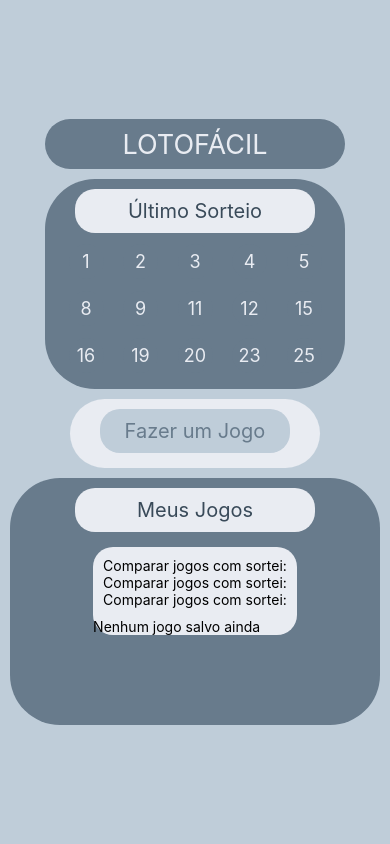
Repository: Deyvid-Kasteh/LotofacilApp
Screen: /
These files come from the project's save history. The screen is drawn as it stood at one moment and after a run of saves; the edit follows.
The app was drawn by React Native's web renderer in a window 390 px wide. The project was rebuilt for these pictures with package versions that can differ from the ones it lists, and the page was loaded fresh each time. Also part of the build but not shown: Bolhas.js, components/Resultado.js, paginaTESTE.js, paginaTESTE2.js, SeuComponentePai.js, components/Jogo.js, components/ResultadoTexte2.js.

Above is the screen before, as saved 2023-12-03 01:36:26.

### App.js
import { StatusBar } from 'expo-status-bar';
import { Text, View } from 'react-native';
import MainPage from './pages/MainPage';

export default function App() {
  return (
    <MainPage/>
  );
}

### pages/MainPage.js
import { View, Text } from 'react-native'
import React from 'react'
import { StatusBar } from "expo-status-bar";
import Resultado from '../components/Resultado';
import PaginaTesteee from '../paginaTESTE';
import Teste2pagina from '../paginaTESTE2';
import SeuComponentePai from '../SeuComponentePai';
import ResultadoTexte from '../components/ResultadoTexte';
import ResultadoTexte2 from '../components/ResultadoTexte2';
import MostrarJogosSalvos from '../components/MostrarJogosSalvos';
import ResultadoTexteParaFazerCorreções from '../paginaTESTE';
import PickerTeste from '../paginaTESTE';






const MainPage = () => {
  return (
    <View
      style={{
        flex: 1,
        alignItems: "center",
        justifyContent: "flex-start",
        backgroundColor: "#BFCDD9",
      }}
    >
      <StatusBar style="auto" />
      {/* <Text>Lotofácil</Text> */}
      {/* <Resultado /> */}
      {/* <PaginaTesteee /> */}
      {/* <Teste2pagina/> */}
      {/* <SeuComponentePai/> */}
      <ResultadoTexte />
      {/* <PickerTeste /> */}
      {/* <ResultadoTexte2/> */}
      {/* <MostrarJogosSalvos /> */}
    </View>
  );
}

export default MainPage

### components/ResultadoTexte.js
import { View, Text, TouchableOpacity } from "react-native";
import React, { useState } from "react";
import AsyncStorage from "@react-native-async-storage/async-storage";

import Bubble from "./Bubble";
import latestJson from "../Latest.json";
import Bolhas from "../Bolhas";
import Jogo from "./Jogo";
import MostrarJogosSalvos from "./MostrarJogosSalvos";

// Defina constantes para cores
const backgroundColor1 = "#687B8C";
const backgroundColor2 = "#394A59";
const backgroundColor3 = "#E9ECF2";

const bolhasContainerStyle = {
  flexWrap: "wrap",
  flexDirection: "row",
  alignContent: "center",
  justifyContent: "space-evenly",
};
const ResultadoTexte = () => {
  const [viewHeight, setViewHeight] = useState(50);
  const toggleHeight = () => {
    const newHeight = viewHeight === 50 ? 200 : 50;
    setViewHeight(newHeight);
    console.log("mudou");
  };

  const [alturaView1, setAlturaView1] = useState(200);
  const toggleAltura = () => {
    const novaAltura = alturaView1 === 200 ? 50 : 200;
    setAlturaView1(novaAltura);
  };

  const [alturaView3, setAlturaView3] = useState(200);
  const toggleAlturaView3 = () => {
    const novaAlturaView3 = alturaView3 === 200 ? 50 : 200;
    setAlturaView3(novaAlturaView3);
  };

  const dezenas = latestJson.Dezenas;

  const renderFazerJogo = () => {
    const [chosenNumbers, setChosenNumbers] = useState([]);
    const bolhasSelecionadas = chosenNumbers.length;
    const onSaveJogoPress = async () => {
      if (bolhasSelecionadas === 15) {
        try {
          // Recupera os jogos já salvos (se existirem)
          const jogosSalvosJSON = await AsyncStorage.getItem("meusJogos");
          const jogosSalvos = jogosSalvosJSON
            ? JSON.parse(jogosSalvosJSON)
            : [];

          // Cria um objeto representando o jogo atual
          const jogoAtual = {
            numerosSelecionados: chosenNumbers,
            data: new Date().toLocaleString(),
          };

          // Adiciona o jogo atual à lista de jogos
          jogosSalvos.push(jogoAtual);

          // Salva a lista atualizada de jogos no AsyncStorage
          await AsyncStorage.setItem("meusJogos", JSON.stringify(jogosSalvos));

          console.log("Jogo salvo!");
          // Limpa os números escolhidos após salvar o jogo
          setChosenNumbers([]);
        } catch (error) {
          console.error("Erro ao salvar o jogo:", error);
        }
      } else {
        console.log("Selecione exatamente 15 números para salvar o jogo.");
      }
    };
    const handleBolhaPress = (numero) => {
      if (chosenNumbers.includes(numero)) {
        setChosenNumbers(chosenNumbers.filter((num) => num !== numero));
      } else {
        if (bolhasSelecionadas < 15) {
          setChosenNumbers([...chosenNumbers, numero]);
        }
      }
    };
    const dezenasParaEscolher = Array.from({ length: 25 }, (_, i) => i + 1);

    if (viewHeight === 50) {
      return null;
    } else {
      return (
        <View style={{ justifyContent: "center", alignItems: "center" }}>
          <View style={{}}>
            <Text
              style={{
                color: backgroundColor3,
                fontSize: 16,
              }}
            >
              Escolha 15 números
            </Text>
          </View>
          <View style={bolhasContainerStyle}>
            {dezenasParaEscolher.map((numero, index) => (
              <Bolhas
                key={index}
                numero={numero}
                choose={chosenNumbers.includes(numero)}
                onPress={() => handleBolhaPress(numero)}
              />
            ))}
          </View>
          <View key="números" style={{}}>
            <Text
              style={{
                color: backgroundColor3,
                fontSize: 16,
              }}
            >
              {bolhasSelecionadas} números selecionados
            </Text>
            <TouchableOpacity onPress={onSaveJogoPress}>
              <Text
                style={{
                  color: bolhasSelecionadas === 15 ? "green" : backgroundColor3,
                }}
              >
                SALVAR JOGO
              </Text>
            </TouchableOpacity>
            {/* <TouchableOpacity onPress={onDeleteJogosPress}>
              <Text style={{ color: "red" }}>DELETAR JOGOS</Text>
            </TouchableOpacity> */}
          </View>
        </View>
      );
    }
  };

  const renderConferirJogos = () => {
    if (alturaView3 === 50) {
      return null; // Retorna null se a altura for 50
    } else {
      return (
        <View style={bolhasContainerStyle}>
          <MostrarJogosSalvos />
        </View>
      );
    }
  };

  return (
    <View
      style={{
        flex: 1,
        justifyContent: "center",
        alignItems: "center",
      }}
    >
      <View
        style={{
          width: 300,
          height: 50,
          borderRadius: 50,
          alignItems: "center",
          justifyContent: "center",
          elevation: 2,
          backgroundColor: backgroundColor1,
          marginBottom: 10,
        }}
      >
        <Text
          style={{
            color: backgroundColor3,
            fontSize: 27,
          }}
        >
          LOTOFÁCIL
        </Text>
      </View>

      <View
        key="1"
        style={[
          {
            width: 300,
            padding: 10,
            borderRadius: 50,
            alignItems: "center",
            elevation: 2,
            backgroundColor: backgroundColor1,
            marginBottom: 10,
          },
          alturaView1 === 50
            ? { width: 250, backgroundColor: "#E9ECF2" }
            : { width: 300, backgroundColor: "#687B8C" },
        ]}
      >
        <TouchableOpacity
          style={[
            {
              width: 240,
              backgroundColor: backgroundColor3,
              elevation: 5,
              justifyContent: "center",
              alignItems: "center",
              padding: 10,
              borderRadius: 20,
              marginBottom: 5,
            },
            alturaView1 === 50
              ? { width: 190, backgroundColor: "#BFCDD9" }
              : { width: 240, backgroundColor: "#E9ECF2" },
          ]}
          onPress={() => toggleAltura()}
        >
          <Text
            style={{
              fontSize: 20,
              color: alturaView1 === 50 ? backgroundColor1 : backgroundColor2,
            }}
          >
            Último Sorteio
          </Text>
        </TouchableOpacity>

        {alturaView1 === 200 && (
          <View style={bolhasContainerStyle}>
            {dezenas.map((numero, index) => (
              <Bubble key={index} numero={numero} />
            ))}
          </View>
        )}
      </View>

      <View
        key="2"
        style={[
          {
            width: 300,
            padding: 10,
            borderRadius: 50,
            alignItems: "center",
            elevation: 2,
            marginBottom: 10,
          },
          viewHeight === 50
            ? { width: 250, backgroundColor: "#E9ECF2" }
            : { width: 300, backgroundColor: "#687B8C" },
        ]}
      >
        <TouchableOpacity
          style={[
            {
              width: 240,
              elevation: 5,
              justifyContent: "center",
              alignItems: "center",
              padding: 10,
              borderRadius: 20,
              marginBottom: 5,
            },
            viewHeight === 50
              ? { width: 190, backgroundColor: "#BFCDD9" }
              : { width: 240, backgroundColor: "#E9ECF2" },
          ]}
          onPress={() => toggleHeight()}
        >
          <Text
            style={{
              fontSize: 20,
              color: viewHeight === 50 ? backgroundColor1 : backgroundColor2,
            }}
          >
            Fazer um Jogo
          </Text>
        </TouchableOpacity>
        {renderFazerJogo()}
      </View>
      <View
        key="3"
        style={[
          {
            width: 300,
            padding: 10,
            borderRadius: 50,
            alignItems: "center",
            elevation: 2,
          },
          alturaView3 === 50
            ? { width: 250, backgroundColor: "#E9ECF2" }
            : { width: 370, backgroundColor: "#687B8C" },
        ]}
      >
        <TouchableOpacity
          style={[
            {
              width: 240,
              elevation: 5,
              justifyContent: "center",
              alignItems: "center",
              padding: 10,
              borderRadius: 20,
              marginBottom: 5,
            },
            alturaView3 === 50
              ? { width: 190, backgroundColor: "#BFCDD9" }
              : { width: 240, backgroundColor: "#E9ECF2" },
          ]}
          onPress={() => toggleAlturaView3()}
        >
          <Text
            style={{
              fontSize: 20,
              color: alturaView3 === 50 ? backgroundColor1 : backgroundColor2,
            }}
          >
            Meus Jogos
          </Text>
        </TouchableOpacity>
        {renderConferirJogos()}
        {/* <MostrarJogosSalvos/> */}
      </View>
    </View>
  );
};

export default ResultadoTexte;

### components/MostrarJogosSalvos.js
import React, { useState, useEffect } from "react";
import { View, Text, TouchableOpacity } from "react-native";
import AsyncStorage from "@react-native-async-storage/async-storage";
import Jogo from "./Jogo";
import * as Cores from "../assets/Cores";


const MostrarJogosSalvos = () => {
  const [jogosSalvos, setJogosSalvos] = useState([]);

  // Adicione a função saveJogos
  const saveJogos = async (jogos) => {
    try {
      await AsyncStorage.setItem("meusJogos", JSON.stringify(jogos));
    } catch (error) {
      console.error("Erro ao salvar jogos:", error);
    }
  };

  const handleDelete = async (index) => {
    try {
      const jogosAtualizados = [...jogosSalvos];
      jogosAtualizados.splice(index, 1);

      await saveJogos(jogosAtualizados);

      setJogosSalvos(jogosAtualizados);
    } catch (error) {
      console.error("Erro ao deletar jogo:", error);
    }
  };

  useEffect(() => {
    const carregarJogosSalvos = async () => {
      try {
        const jogosSalvosJSON = await AsyncStorage.getItem("meusJogos");
        const jogosSalvos = jogosSalvosJSON ? JSON.parse(jogosSalvosJSON) : [];
        setJogosSalvos(jogosSalvos);
      } catch (error) {
        console.error("Erro ao carregar jogos salvos:", error);
      }
    };

    carregarJogosSalvos();
  }, []);

  return (
    <View
      style={{
        borderRadius: 20,
        backgroundColor: Cores.cor1,
        marginTop: 10,
        marginBottom: 80,
      }}
    >
      <View
        style={{
          margin: 10,
        }}
      >
        <View>
          <Text>Comparar jogos com sortei:</Text>
        </View>
        <View>
          <Text>Comparar jogos com sortei:</Text>
        </View>
        <View>
          <Text>Comparar jogos com sortei:</Text>
        </View>
      </View>
      {jogosSalvos.length === 0 ? (
        <Text>Nenhum jogo salvo ainda</Text>
      ) : (
        jogosSalvos.map((jogo, index) => (
          <Jogo
            key={index}
            numerosSelecionados={jogo.numerosSelecionados}
            onDelete={() => handleDelete(index)}
          />
        ))
      )}
    </View>
  );
};

export default MostrarJogosSalvos;

### components/Bubble.js
import { View, Text } from "react-native";
import React from "react";

const Bubble = (props) => {
  if (props.choose) {console.log(props.choose)}
  return (
    <View
      style={[
        {
          width: 35,
          height: 35,
          // backgroundColor: "#394A59",
          // backgroundColor: "#687B8C",

          borderRadius: 50,
          alignContent: "center",
          justifyContent: "center",
          alignItems: "center",
          margin: 6,
          // elevation: 5,
          opacity: 1,
        },
        props.choose
          ? { backgroundColor: "#394A59" }
          : { backgroundColor: "#687B8C" },
      ]}
    >
      <Text
        style={{
          color: "#E9ECF2",
          fontSize: 18,
        }}
      >
        {props.numero}
      </Text>
    </View>
  );
};

export default Bubble;

### Latest.json
{
  "concurso": 2960,
  "Data Sorteio": "22/11/2023",
  "Dezenas": [
    1,
    2,
    3,
    4,
    5,
    8,
    9,
    11,
    12,
    15,
    16,
    19,
    20,
    23,
    25
  ],
  "Ganhadores 15 acertos": 3,
  "Cidade / UF": "BRASILIA/DF; JARAGUA/GO; IPATINGA/MG",
  "Premio 15 Acertos": "R$1.639.439,24",
  "Ganhadores 14 Acertos": 433,
  "Premio 14 Acertos": "R$1.732,84",
  "Ganhadores 13 Acertos": 13831,
  "Premio 13 Acertos": "R$30,00",
  "Ganhadores 12 Acertos": 163567,
  "Premio 12 Acertos": "R$12,00",
  "Ganhadores 11 Acertos": 882304,
  "Premio 11 Acertos": "R$6,00"
}

### assets/Cores.js
export const cor1 = "#E9ECF2"; // Cor mais clara
export const cor2 = "#BFCDD9";
export const cor3 = "#95ACBF";
export const cor4 = "#687B8C";
export const cor5 = "#394A59"; // Cor mais escura

After the next 2 saves:
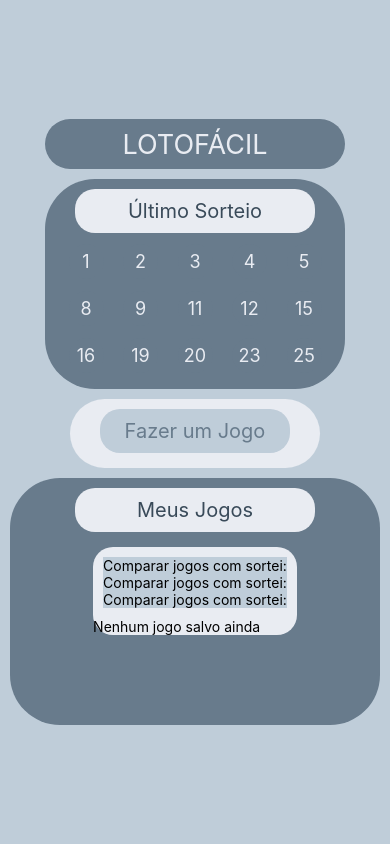
The 2 saves are shown as one change because they came seconds apart.
The last was saved 33 s later.
--- a/components/MostrarJogosSalvos.js
+++ b/components/MostrarJogosSalvos.js
@@ -56,6 +56,7 @@
       <View
         style={{
           margin: 10,
+          backgroundColor: Cores.cor2,
         }}
       >
         <View>
